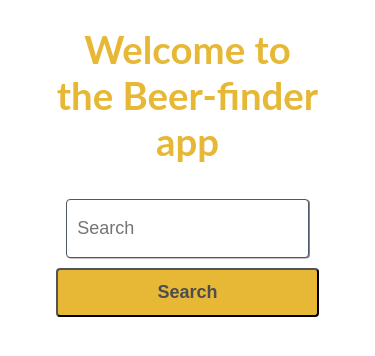
Repository: marcinszymaszek/beer-finder
Page: /
An editor plug-in stored every save of this project. The page is shown before and after the next save, followed by the edit.
The browser window is 375 px wide. The pictures show the whole page.
The project was rebuilt for these pictures with package versions that can differ from the ones it lists, and the page was loaded fresh each time.

Above is the page before, as saved 2020-05-10 20:37:12.

After the next save:
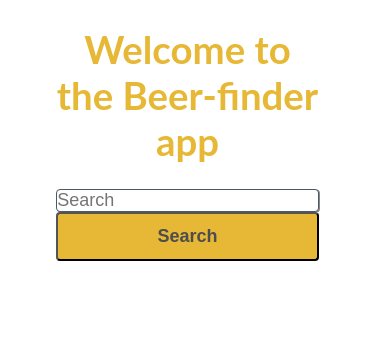
Saved 33 s later.
--- a/src/components/search/Search.css
+++ b/src/components/search/Search.css
@@ -35,6 +35,12 @@ input {
 }
 
 @media (max-width: 576px)  {
+    input {
+        width: 100%;
+        margin: 0px;
+        padding: 0px 0px;
+    }
+
     button {
         width: 100%;
     }
